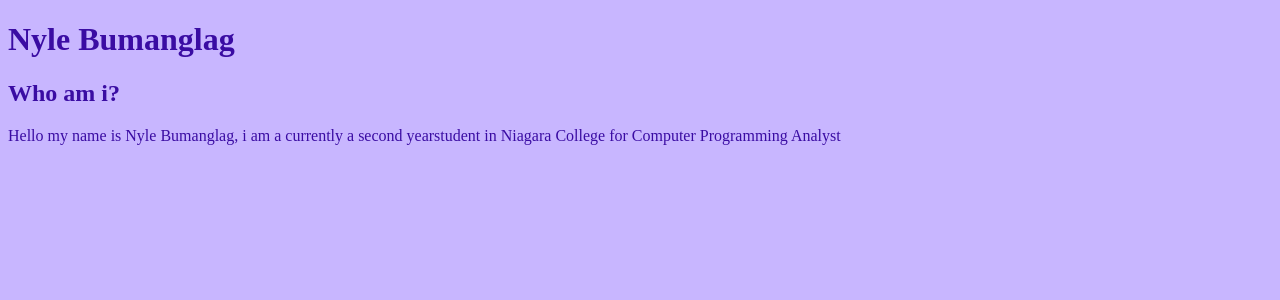
Repository: NyleNC/main
Page: index.html
An editor plug-in stored every save of this project. The page is shown before and after the next save, followed by the edit.
The browser window is 1280 px wide. The pictures show the whole page.

Above is the page before, as saved 2024-11-06 23:22:18.

After the next save:
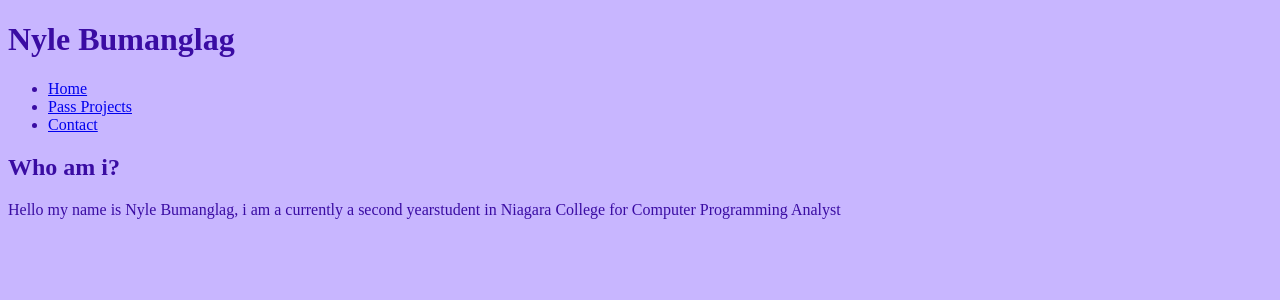
Saved 112 s later.
--- a/index.html
+++ b/index.html
@@ -6,7 +6,16 @@
     <title>Nyle Bumanglag</title>
     <link rel="stylesheet" href="style.css">
 </head>
-<header><h1>Nyle Bumanglag</h1></header>
+<header><h1>Nyle Bumanglag</h1>
+    <nav>
+        <ul>
+            <li><a href="index.html">Home</a></li>
+            <li><a href="projects.html">Pass Projects</a></li>
+            <li><a href="Contact.html">Contact</a></li>
+        </ul>
+    </nav>
+
+</header>
 <body>
     <h2>Who am i?</h2>
     <p>Hello my name is Nyle Bumanglag, i am a currently a second yearstudent in Niagara College for Computer Programming Analyst</p>
